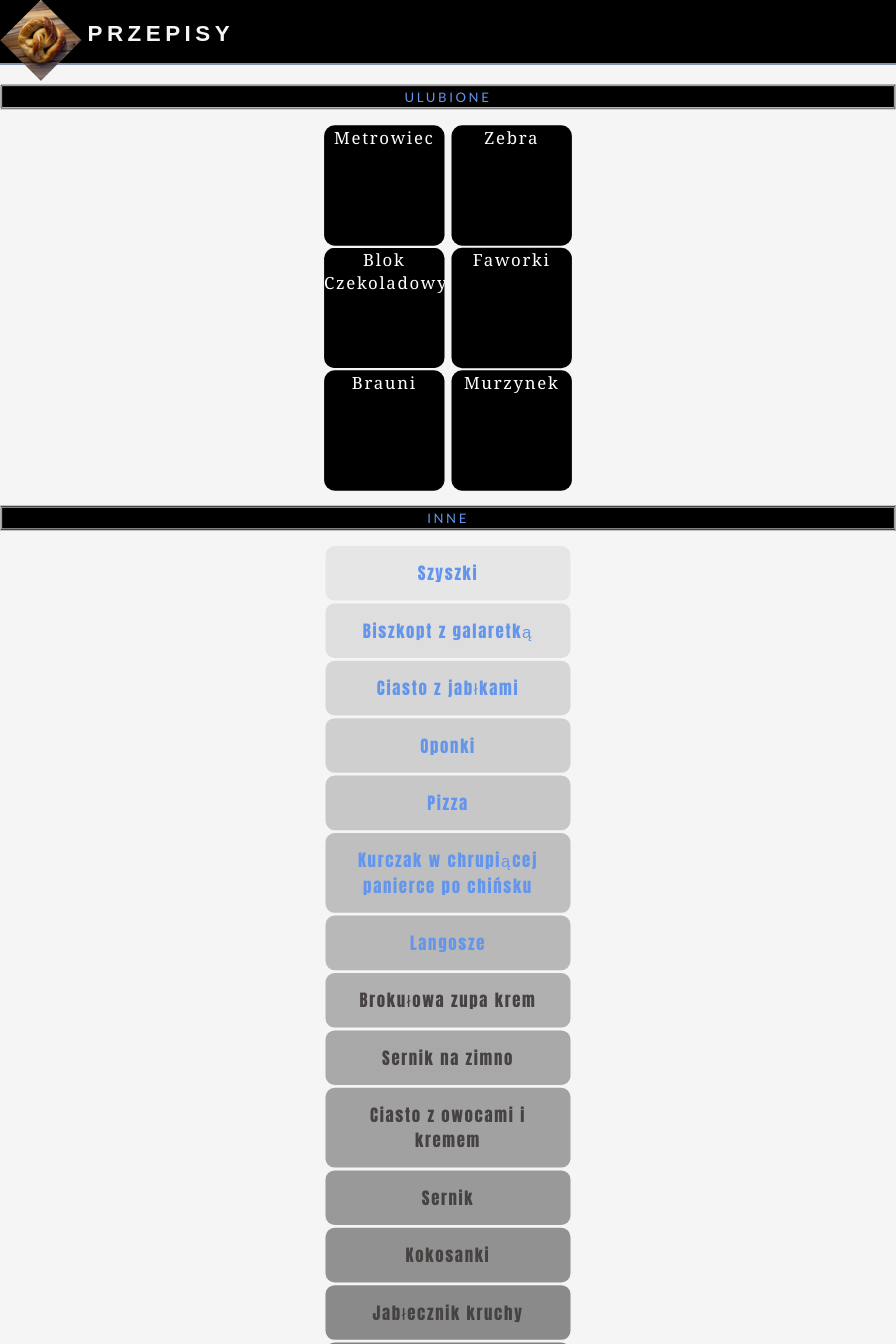
Repository: yaoayh/przepisy
Page: index.html
These files come from the project's save history. The page is drawn as it stood at one moment and after the next save; the edit follows.
The browser window is 1280 px wide. The pictures show the part of the page from y = 0 to 1920 px (the page is 3159 px tall), at 70% of full size.

Above is the page before, as saved 2020-08-14 00:22:38.

After the next save:
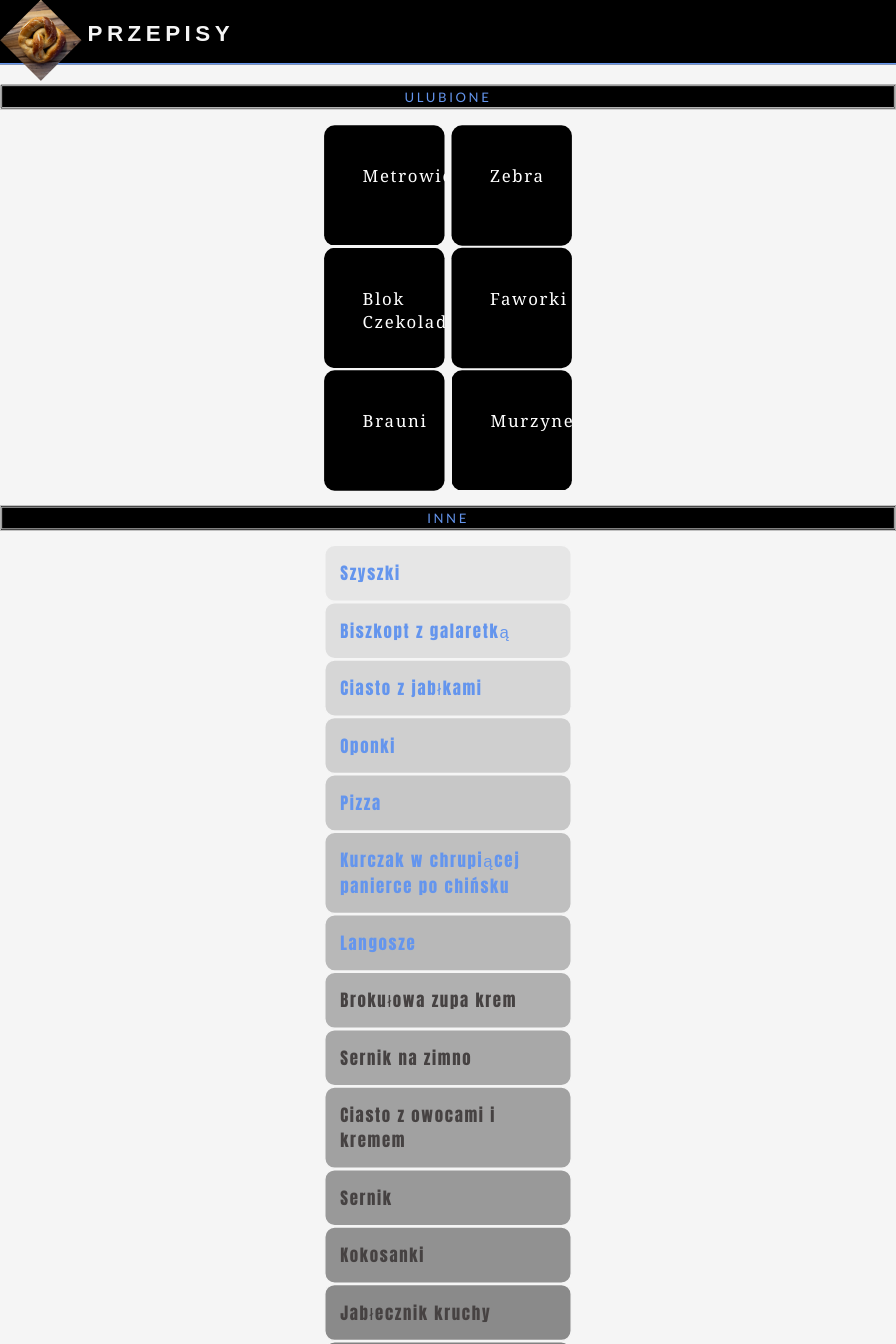
Saved 7 s later.
--- a/css/styles.css
+++ b/css/styles.css
@@ -92,8 +92,8 @@ form.head_Sqares {
 p {
     border-radius: 5px;
     text-decoration: none;
-    padding: center;
-    text-align: center;
+    padding: 55px;
+    text-align: cnter;
     font-family: Georgia, 'Times New Roman', Times, serif;
     font-size: x-large;
     letter-spacing: 0.10em;
